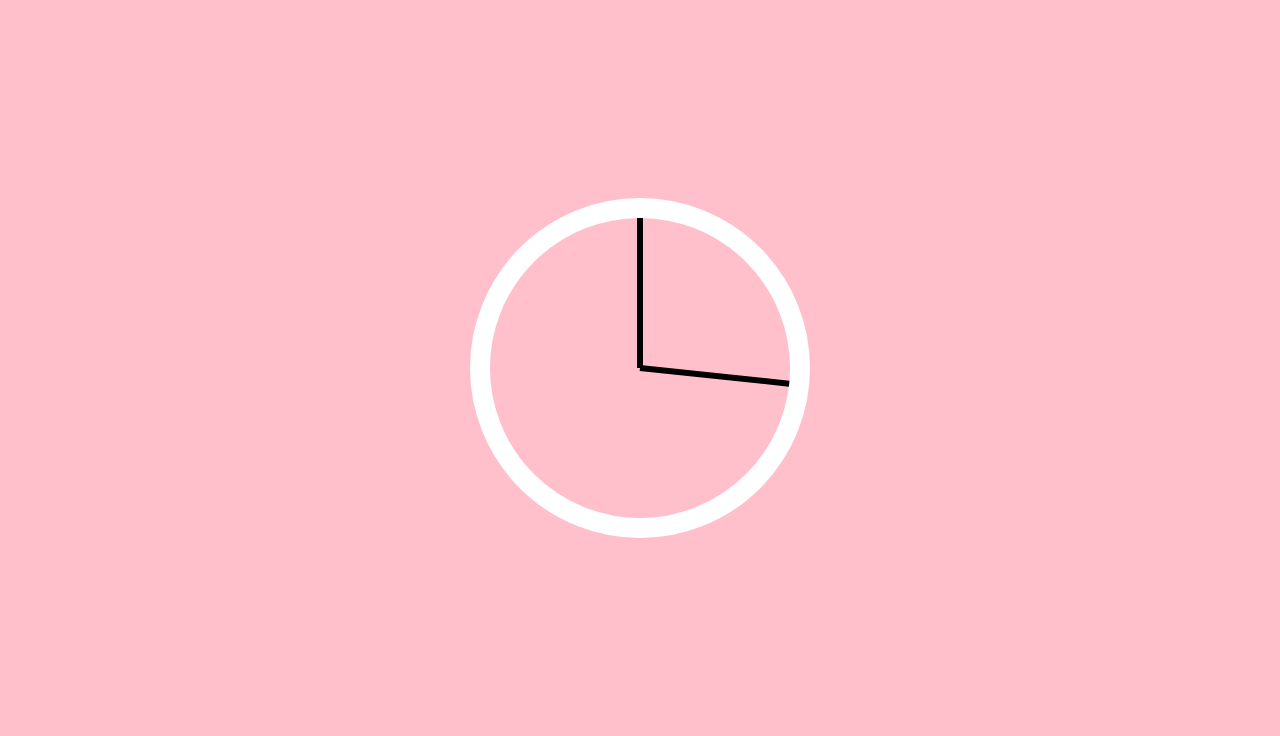
Repository: julieLyM/js-make-an-oclock
Page: index.html
These files come from the project's save history. The page is drawn as it stood at one moment and after the next save; the edit follows.
The browser window is 1280 px wide. The pictures show the whole page.

Above is the page before, as saved 2020-07-07 11:58:08.

After the next save:
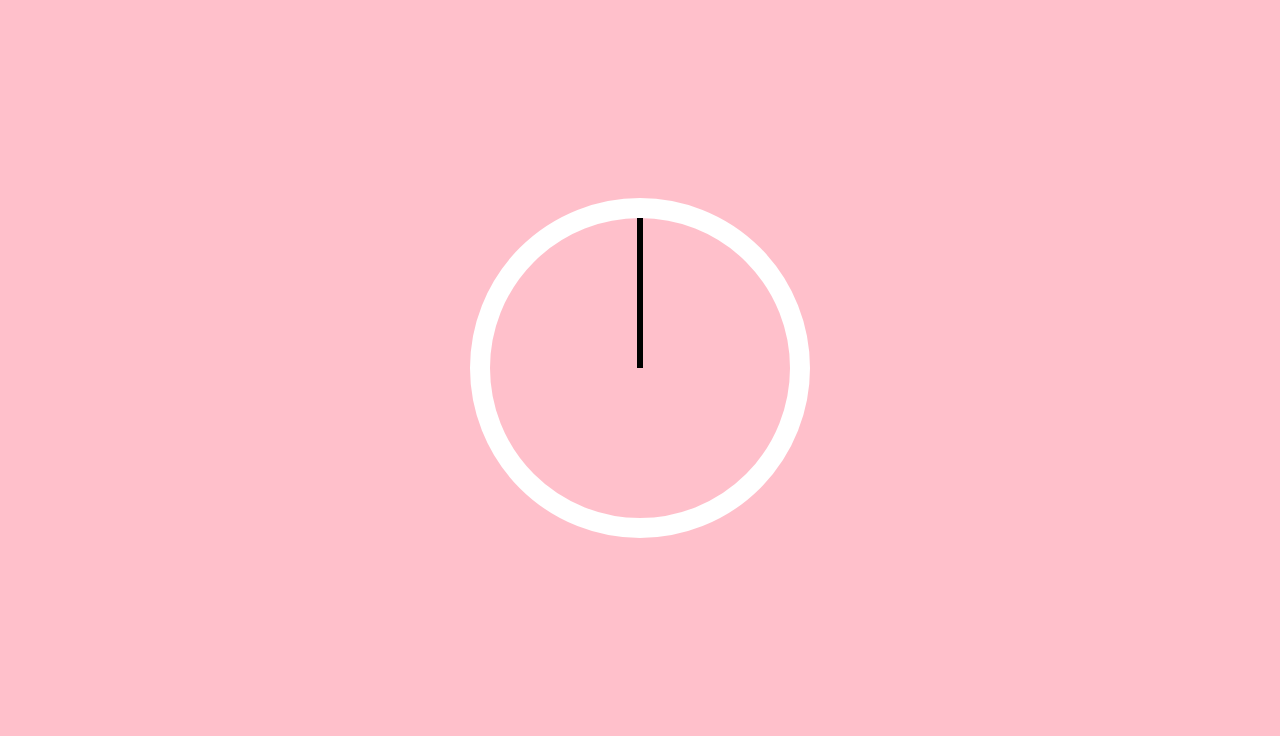
Console error: SyntaxError: Identifier 'mins' has already been declared
Saved 18 s later.
--- a/index.html
+++ b/index.html
@@ -33,6 +33,12 @@
     const minsDegrees = (mins / 60) * 360 + 90;
     minsHand.style.transform = `rotate(${minsDegrees}deg)`;
     console.log('minutes', mins);
+
+
+    const mins = now.getMinutes();
+    const minsDegrees = (mins / 60) * 360 + 90;
+    minsHand.style.transform = `rotate(${minsDegrees}deg)`;
+    console.log('minutes', mins);
   }
 
   setInterval(setDate, 1000);

After the 2 saves that followed:
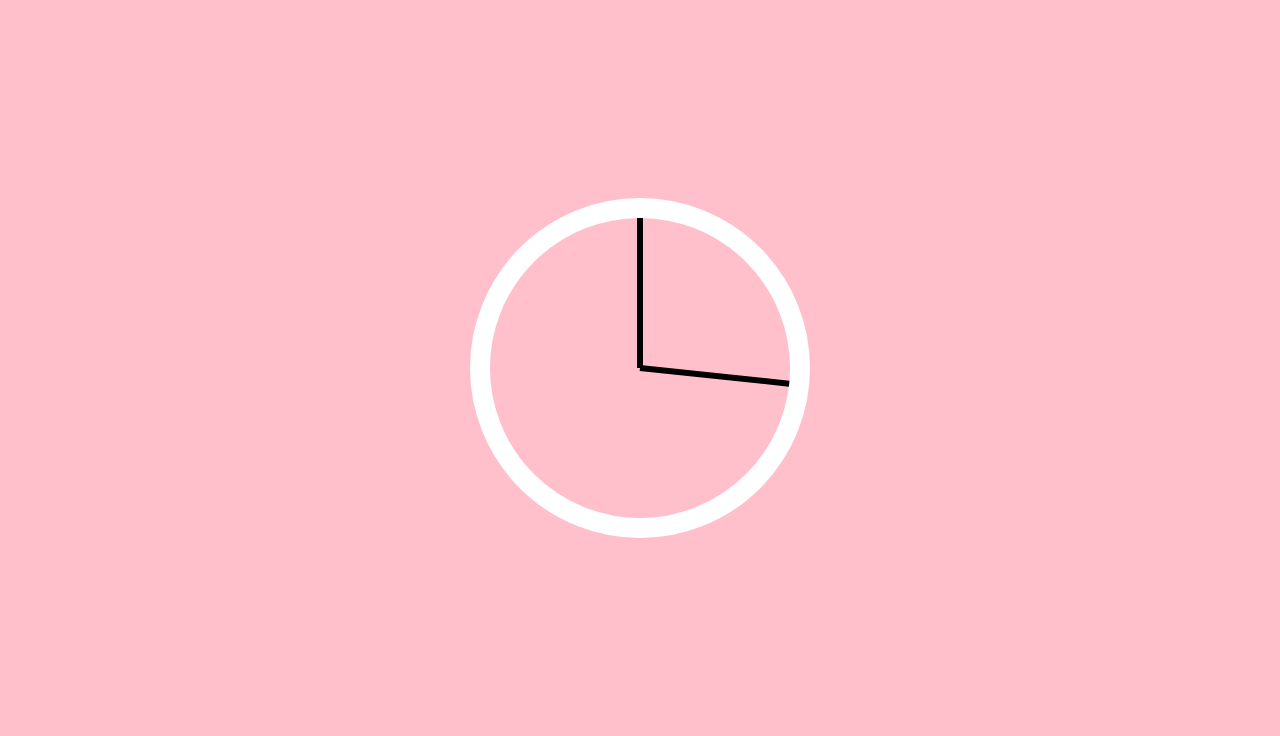
The error is gone.
The 2 saves are shown as one change because 1 left the picture as it was.
The last was saved 11 s later.
--- a/index.html
+++ b/index.html
@@ -35,8 +35,8 @@
     console.log('minutes', mins);
 
 
-    const mins = now.getMinutes();
-    const minsDegrees = (mins / 60) * 360 + 90;
+    const hours = now.getMinutes();
+    const hoursDegrees = (mins / 60) * 360 + 90;
     minsHand.style.transform = `rotate(${minsDegrees}deg)`;
     console.log('minutes', mins);
   }
